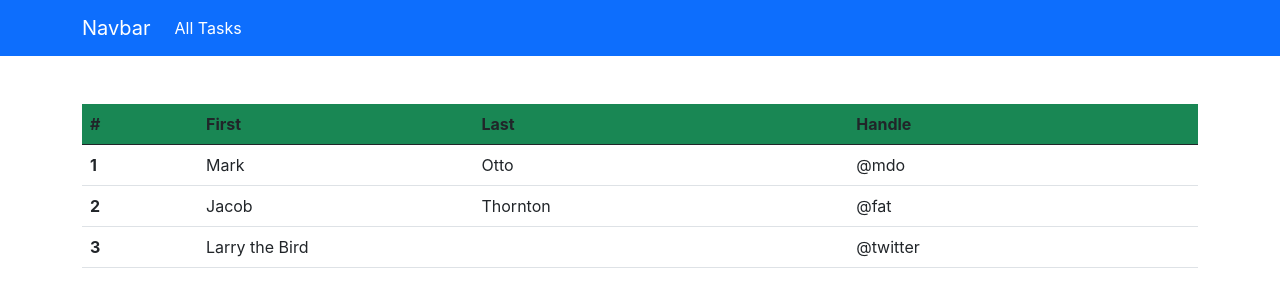
Repository: swathivanka444/MERN-CRUD
Page: /cruds/new (app in frontend_crudapp_reactjs-master/)
The author's editor kept a copy of each file at every save. The page is drawn from the files as they stood at one save, then again after the next save.
The browser window is 1280 px wide. The pictures show the whole page.
The project was rebuilt for these pictures with package versions that can differ from the ones it lists, and the page was loaded fresh each time. Also part of the build but not shown: frontend_crudapp_reactjs-master/src/App.css.

Above is the page before, as saved 2023-08-29 12:31:02.

### frontend_crudapp_reactjs-master/public/index.html
<!DOCTYPE html>
<html lang="en">
  <head>
    <meta charset="utf-8" />
    <link rel="icon" href="%PUBLIC_URL%/favicon.ico" />
    <meta name="viewport" content="width=device-width, initial-scale=1" />
    <meta name="theme-color" content="#000000" />
    <meta
      name="description"
      content="Web site created using create-react-app"
    />
    <link rel="apple-touch-icon" href="%PUBLIC_URL%/logo192.png" />
    <!--
      manifest.json provides metadata used when your web app is installed on a
      user's mobile device or desktop. See https://developers.google.com/web/fundamentals/web-app-manifest/
    -->
    <link rel="manifest" href="%PUBLIC_URL%/manifest.json" />
    <!--
      Notice the use of %PUBLIC_URL% in the tags above.
      It will be replaced with the URL of the `public` folder during the build.
      Only files inside the `public` folder can be referenced from the HTML.

      Unlike "/favicon.ico" or "favicon.ico", "%PUBLIC_URL%/favicon.ico" will
      work correctly both with client-side routing and a non-root public URL.
      Learn how to configure a non-root public URL by running `npm run build`.
    -->

    <title>MERN App</title>
    <link href="https://cdn.jsdelivr.net/npm/bootstrap@5.0.2/dist/css/bootstrap.min.css" rel="stylesheet" integrity="sha384-EVSTQN3/azprG1Anm3QDgpJLIm9Nao0Yz1ztcQTwFspd3yD65VohhpuuCOmLASjC" crossorigin="anonymous">
  </head>
  <body>
    <noscript>You need to enable JavaScript to run this app.</noscript>
    <div id="root"></div>
    <!--
      This HTML file is a template.
      If you open it directly in the browser, you will see an empty page.

      You can add webfonts, meta tags, or analytics to this file.
      The build step will place the bundled scripts into the <body> tag.

      To begin the development, run `npm start` or `yarn start`.
      To create a production bundle, use `npm run build` or `yarn build`.
    -->
    <script src="https://cdn.jsdelivr.net/npm/bootstrap@5.0.2/dist/js/bootstrap.bundle.min.js" integrity="sha384-MrcW6ZMFYlzcLA8Nl+NtUVF0sA7MsXsP1UyJoMp4YLEuNSfAP+JcXn/tWtIaxVXM" crossorigin="anonymous"></script>
  </body>
</html>

### frontend_crudapp_reactjs-master/src/App.js
  import './App.css';
import AllTasks from './component/AllTasks';
import Navbar from './component/Navbar';

function App() {
  return (
 <>
<Navbar/>
<AllTasks/>
 </>
  );
}

export default App;

### frontend_crudapp_reactjs-master/src/component/AllTasks.js
import React from "react";
export default function AllTasks() {
    return (
        <div className="container mt-5">
            <table class="table">
                <thead>
                    <tr className="bg-success">
                        <th scope="col">#</th>
                        <th scope="col">First</th>
                        <th scope="col">Last</th>
                        <th scope="col">Handle</th>
                    </tr>
                </thead>
                <tbody>
                    <tr>
                        <th scope="row">1</th>
                        <td>Mark</td>
                        <td>Otto</td>
                        <td>@mdo</td>
                    </tr>
                    <tr>
                        <th scope="row">2</th>
                        <td>Jacob</td>
                        <td>Thornton</td>
                        <td>@fat</td>
                    </tr>
                    <tr>
                        <th scope="row">3</th>
                        <td colspan="2">Larry the Bird</td>
                        <td>@twitter</td>
                    </tr>
                </tbody>
            </table>
        </div>
    )
}

### frontend_crudapp_reactjs-master/src/component/Navbar.js
import React from "react";
export default function Navbar() {
    return (
        <nav className="navbar navbar-expand-lg navbar-light bg-primary">
            <div className="container">
                <a className="navbar-brand text-white" href="#">Navbar</a>
                <button className="navbar-toggler" type="button" data-bs-toggle="collapse" data-bs-target="#navbarSupportedContent" aria-controls="navbarSupportedContent" aria-expanded="false" aria-label="Toggle navigation">
                    <span className="navbar-toggler-icon"></span>
                </button>
                <div className="collapse navbar-collapse" id="navbarSupportedContent">
                    <ul className="navbar-nav me-auto mb-2 mb-lg-0">
                        <li className="nav-item">
                            <a className="nav-link text-white"  href="#">All Tasks</a>
                        </li>

                    </ul>

                </div>
            </div>
        </nav>
    )
}

Loaded but not shown: frontend_crudapp_reactjs-master/src/index.js (common file); frontend_crudapp_reactjs-master/src/index.css (common file)

After the next save:
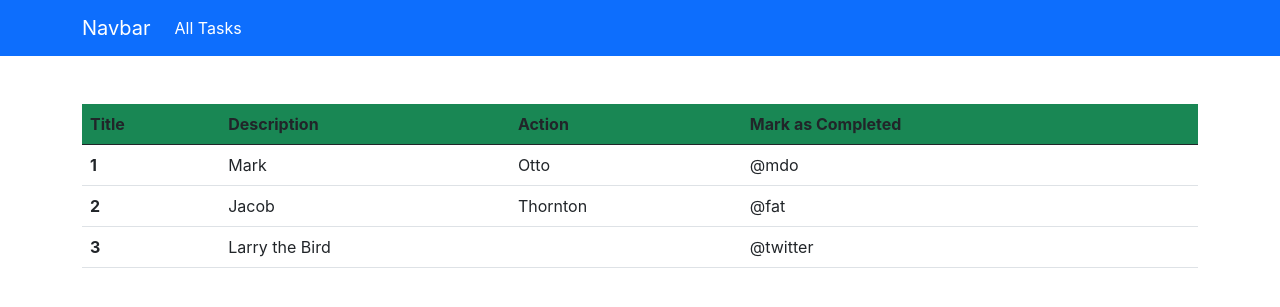
Saved 45 s later.
--- a/frontend_crudapp_reactjs-master/src/component/AllTasks.js
+++ b/frontend_crudapp_reactjs-master/src/component/AllTasks.js
@@ -5,10 +5,11 @@ export default function AllTasks() {
             <table class="table">
                 <thead>
                     <tr className="bg-success">
-                        <th scope="col">#</th>
-                        <th scope="col">First</th>
-                        <th scope="col">Last</th>
-                        <th scope="col">Handle</th>
+
+                        <th scope="col">Title</th>
+                        <th scope="col">Description</th>
+                        <th scope="col">Action</th>
+                        <th scope="col">Mark as Completed</th>
                     </tr>
                 </thead>
                 <tbody>
